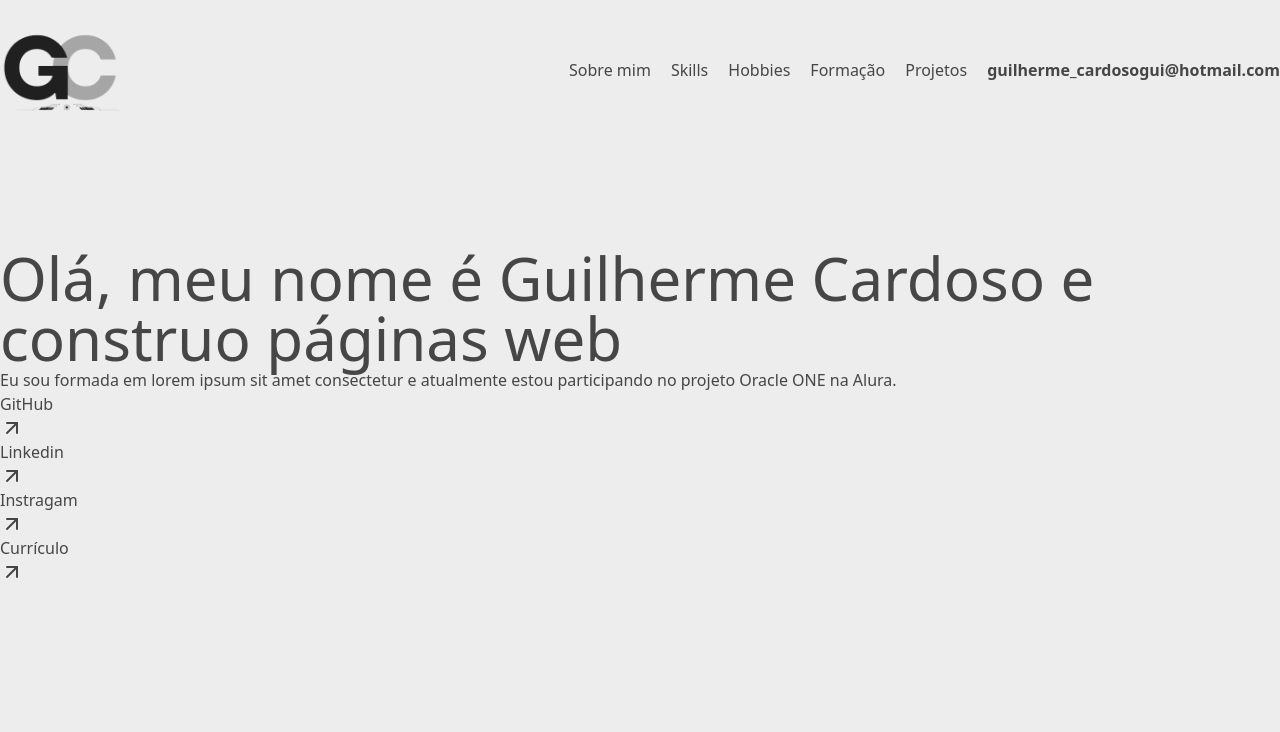
Repository: guilhermecardoso93/portfolio-alura-desafio
Page: /
An editor plug-in stored every save of this project. The page is shown before and after the next save, followed by the edit.
The browser window is 1280 px wide. The pictures show the whole page.
The project was rebuilt for these pictures with package versions that can differ from the ones it lists, and the page was loaded fresh each time. Also part of the build but not shown: vite.config.js.

Above is the page before, as saved 2024-04-06 20:03:18.

### index.html
<!DOCTYPE html>
<html lang="en">
  <head>
    <meta charset="UTF-8" />
    <link rel="icon" type="image/png" href="/logo.png" />
    <meta name="viewport" content="width=device-width, initial-scale=1.0" />
    <title>Alura Desafio</title>
  </head>
  <body class="bg-[#EDEDED] text-[#464646] antialiased">
    <div id="root"></div>
    <script type="module" src="/src/main.jsx"></script>
  </body>
</html>

### src/App.jsx
import { Hero } from "./components/hero";
import { Navbar } from "./components/navbar";

export function App() {
  return (
    <div className="max-w-[1416px] mx-auto py-5">
      <Navbar />
      <Hero />
    </div>
  );
}

### src/components/hero.jsx
import { ArrowUpRight } from 'lucide-react';

export function Hero() {
  return (
    <main className='py-32'>
      <h1 className='text-6xl'>Olá, meu nome é Guilherme Cardoso e construo páginas web</h1>
      <span>
        Eu sou formada em lorem ipsum sit amet consectetur e atualmente estou
        participando no projeto Oracle ONE na Alura.
      </span>
      <ul>
        <li>
          <a>
            GitHub
            <ArrowUpRight />
          </a>
        </li>
        <li>
          <a>
            Linkedin
            <ArrowUpRight />
          </a>
        </li>
        <li>
          <a>
            Instragam
            <ArrowUpRight />
          </a>
        </li>
        <li>
          <a>
            Currículo
            <ArrowUpRight />
          </a>
        </li>
      </ul>
    </main>
  );
}

### src/components/navbar.jsx
import Logo from "../assets/logo.png";

export function Navbar() {
  return (
    <nav className="w-full flex flex-row justify-between itens-center">
      <img src={Logo} alt="logotipo GC" className="w-[120px] h-[100px]" />
      <ul className="flex items-center gap-5">
        <li>
          <a href="/">Sobre mim</a>
        </li>
        <li>
          <a href="/">Skills</a>
        </li>
        <li>
          <a href="/">Hobbies</a>
        </li>
        <li>
          <a href="/">Formação</a>
        </li>
        <li>
          <a href="/">Projetos</a>
        </li>
        <li className="font-bold">
          <a href="/">guilherme_cardosogui@hotmail.com</a>
        </li>
      </ul>
    </nav>
  );
}

Loaded but not shown: src/main.jsx (common file); src/index.css (common file); tailwind.config.js (common file)

After the next save:
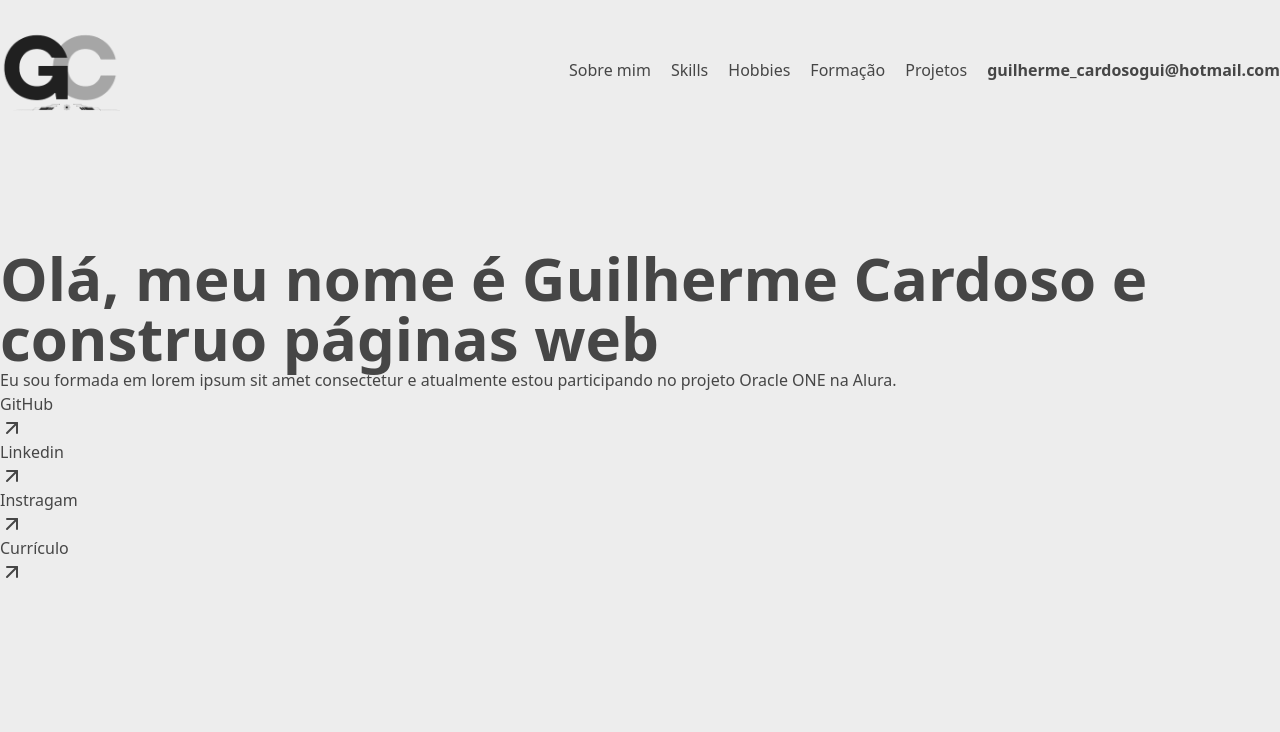
Saved 17 s later.
--- a/src/components/hero.jsx
+++ b/src/components/hero.jsx
@@ -3,7 +3,7 @@
 export function Hero() {
   return (
     <main className='py-32'>
-      <h1 className='text-6xl'>Olá, meu nome é Guilherme Cardoso e construo páginas web</h1>
+      <h1 className='text-6xl font-bold'>Olá, meu nome é Guilherme Cardoso e construo páginas web</h1>
       <span>
         Eu sou formada em lorem ipsum sit amet consectetur e atualmente estou
         participando no projeto Oracle ONE na Alura.
